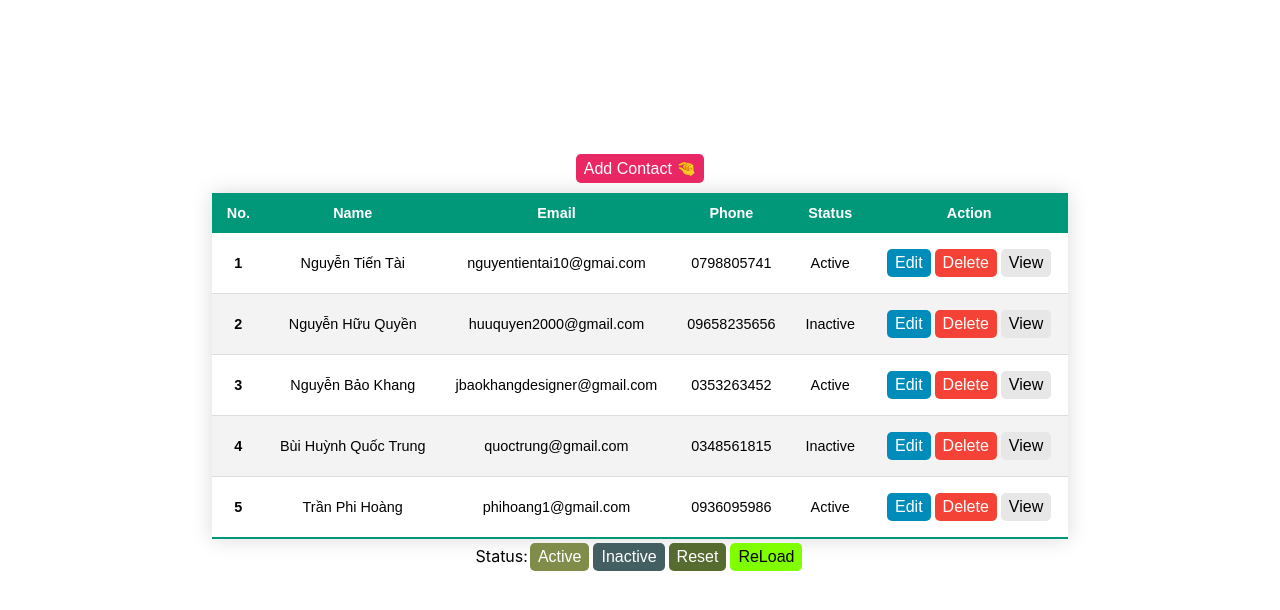
Repository: fdhhhdjd/Redux-Toolkit-CURD-Firebase
Page: /
These files come from the project's save history. The page is drawn as it stood at one moment and after the next save; the edit follows.
The browser window is 1280 px wide. The pictures show the whole page.
The project was rebuilt for these pictures with package versions that can differ from the ones it lists, and the page was loaded fresh each time. Also part of the build but not shown: src/Styles/AddEdit.css, src/Component/AddEdit.js, src/Styles/View.css, src/Component/View.js.

Above is the page before, as saved 2021-10-25 09:03:38.

After the next save:
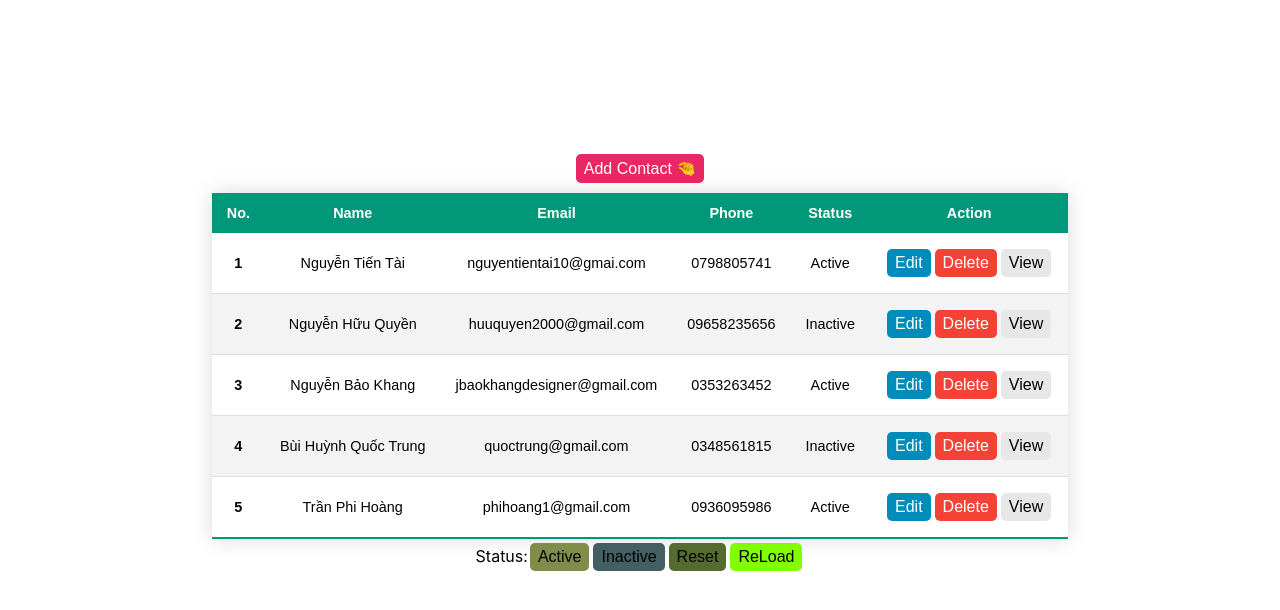
Saved 11 s later.
--- a/src/Styles/Home.css
+++ b/src/Styles/Home.css
@@ -64,17 +64,17 @@
 
   .btn-active {
     background-color: #808c4a;
-    color: #fff;
+    color: black;
   }
 
   .btn-inactive {
     background-color: #445f61;
-    color: #fff;
+    color: black;
   }
 
   .btn-reset {
     background-color: darkolivegreen;
-    color: #fff;
+    color: black;
   }
   .btn-reload{
     background-color: chartreuse;
